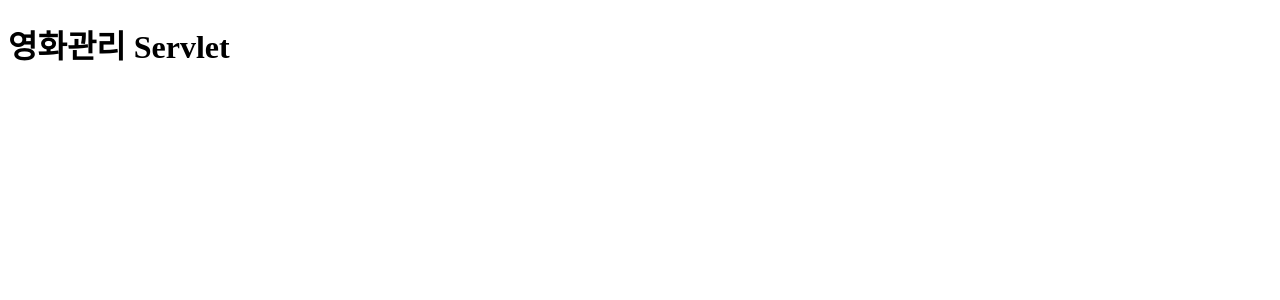
Repository: nkj0901/Personal-Repository
Page: SSAFY/서블릿/back_db_ws_01_2/WebContent/index.html
These files come from the project's save history. The page is drawn as it stood at one moment and after the next save; the edit follows.
The browser window is 1280 px wide. The pictures show the whole page.

Above is the page before, as saved 2022-09-01 05:40:01.

After the next save:
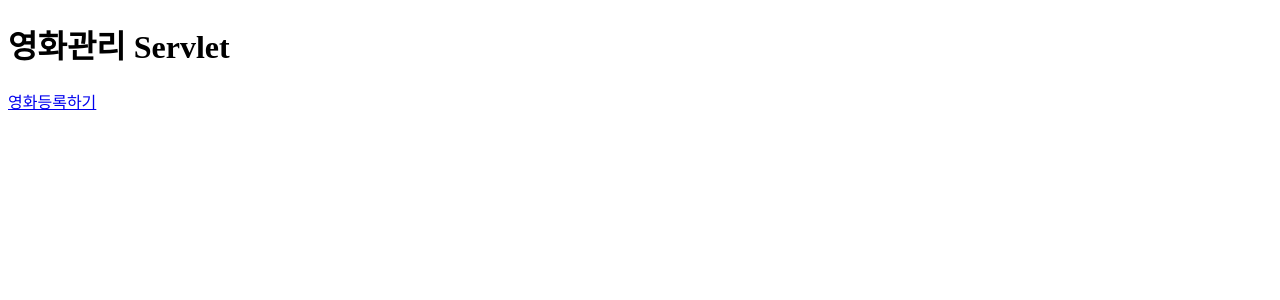
Saved 51 s later.
--- a/SSAFY/서블릿/back_db_ws_01_2/WebContent/index.html
+++ b/SSAFY/서블릿/back_db_ws_01_2/WebContent/index.html
@@ -7,5 +7,6 @@
 <body>
 	<!-- 메인화면을 구현하세요. -->
 	<h1>영화관리 Servlet</h1>
+	<a href="/regist.html">영화등록하기</a>
 </body>
 </html>
